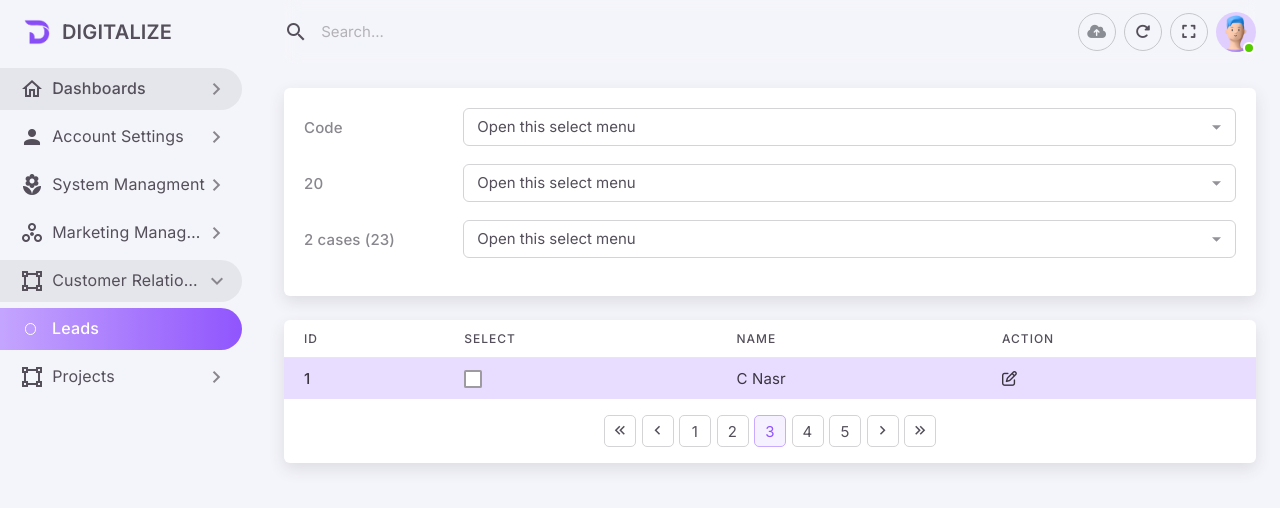
Repository: FadyFathey/sales-crm
Page: html/project-list.html
These files come from the project's save history. The page is drawn as it stood at one moment and after the next save; the edit follows.
The browser window is 1280 px wide. The pictures show the whole page.
Some icons come from a web library that is not loaded, so they are not drawn. Some web libraries are served in a nearby version.

Above is the page before, as saved 2024-10-09 13:48:22.
Console error: ReferenceError: d3 is not defined

After the next save:
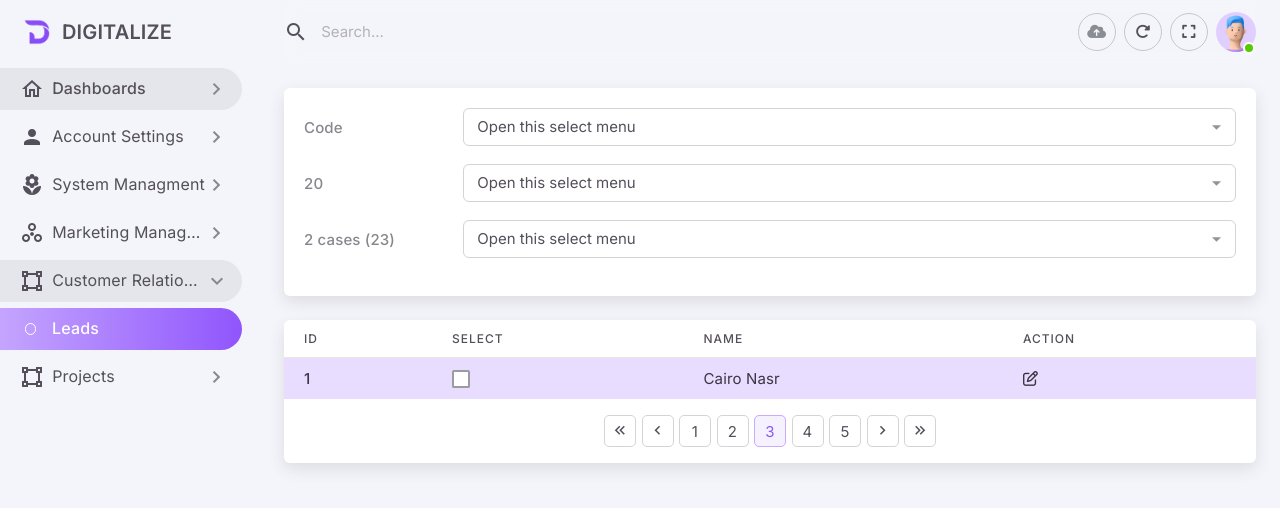
Saved 4 s later.
--- a/html/project-list.html
+++ b/html/project-list.html
@@ -398,7 +398,7 @@
                                             <td><input class="form-check-input" type="checkbox" value=""
                                                     id="defaultCheck1" /></td>
                                             <td>
-                                               C Nasr
+                                               Cairo Nasr
                                             </td>
                                             <td>
                                                 <i class="fa-regular fa-pen-to-square"></i>
